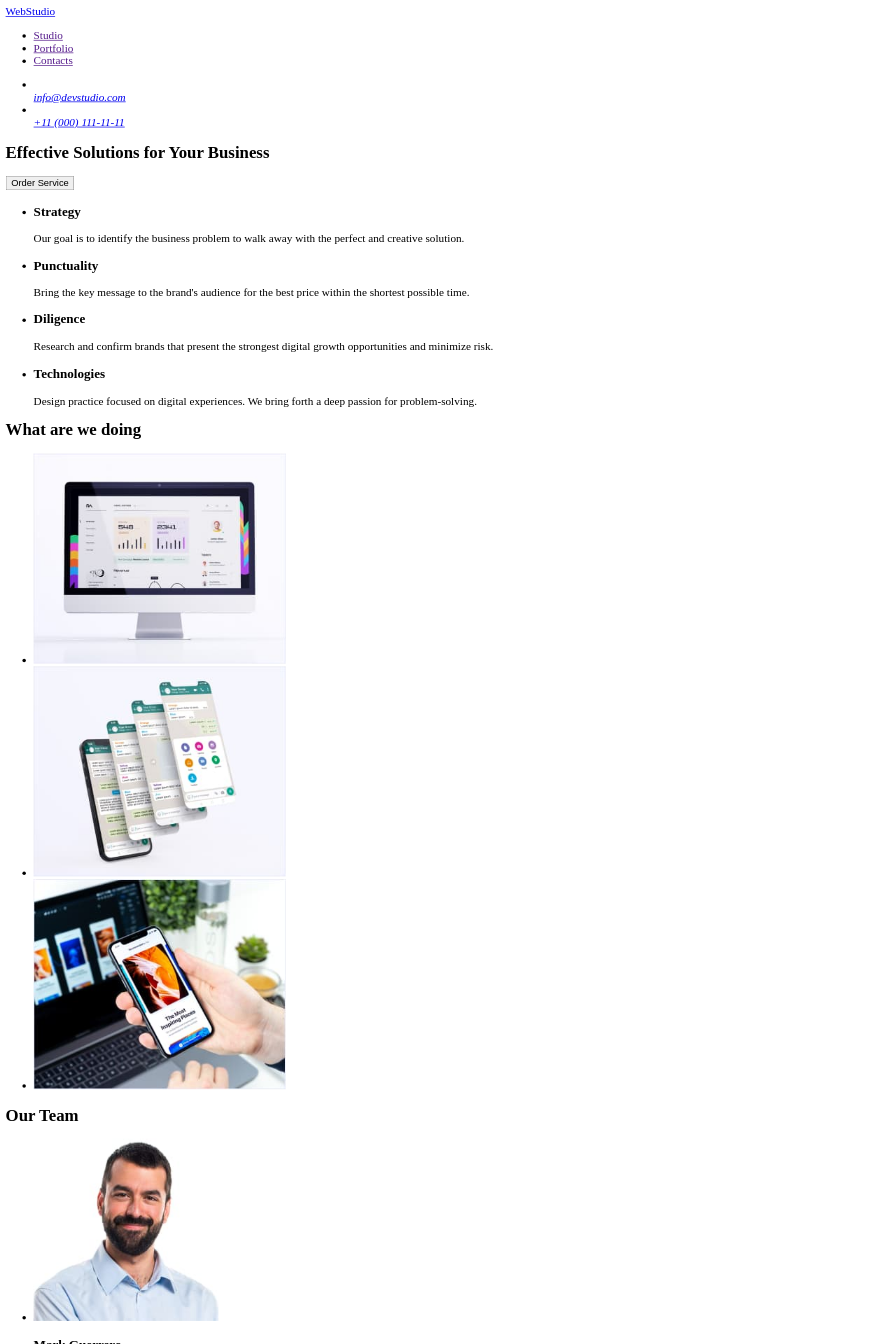
Repository: GrishchenkoNataliya/goit-markup-hw-02
Page: index.html
The author's editor kept a copy of each file at every save. The page is drawn from the files as they stood at one save, then again after the next save.
The browser window is 1280 px wide. The pictures show the part of the page from y = 0 to 1920 px (the page is 3125 px tall before and 3089 px after), at 70% of full size.

Above is the page before, as saved 2023-02-26 23:59:15.

After the next save:
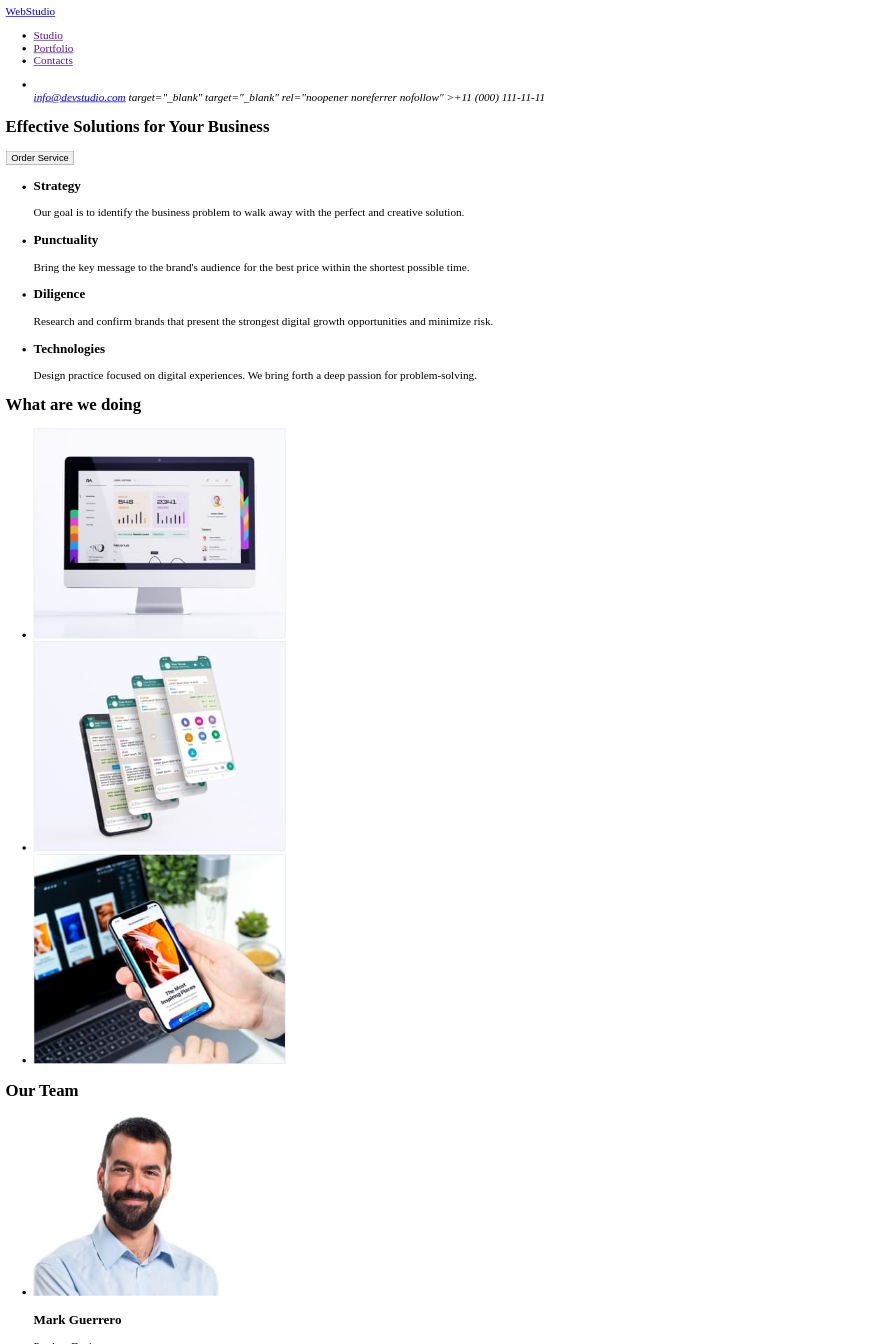
Saved 2 min 42 s later.
--- a/index.html
+++ b/index.html
@@ -36,14 +36,10 @@
         <a
           href="mailto:info@devstudio.com"
 
-          rel="noopener noreferrer nofollow"
           >info@devstudio.com</a
         >
-      </li>
-      <li></li>
-        <a
-          href="tel:+110001111111"
-
+        target="_blank"
+          target="_blank"
           rel="noopener noreferrer nofollow"
           >+11 (000) 111-11-11</a
         >
